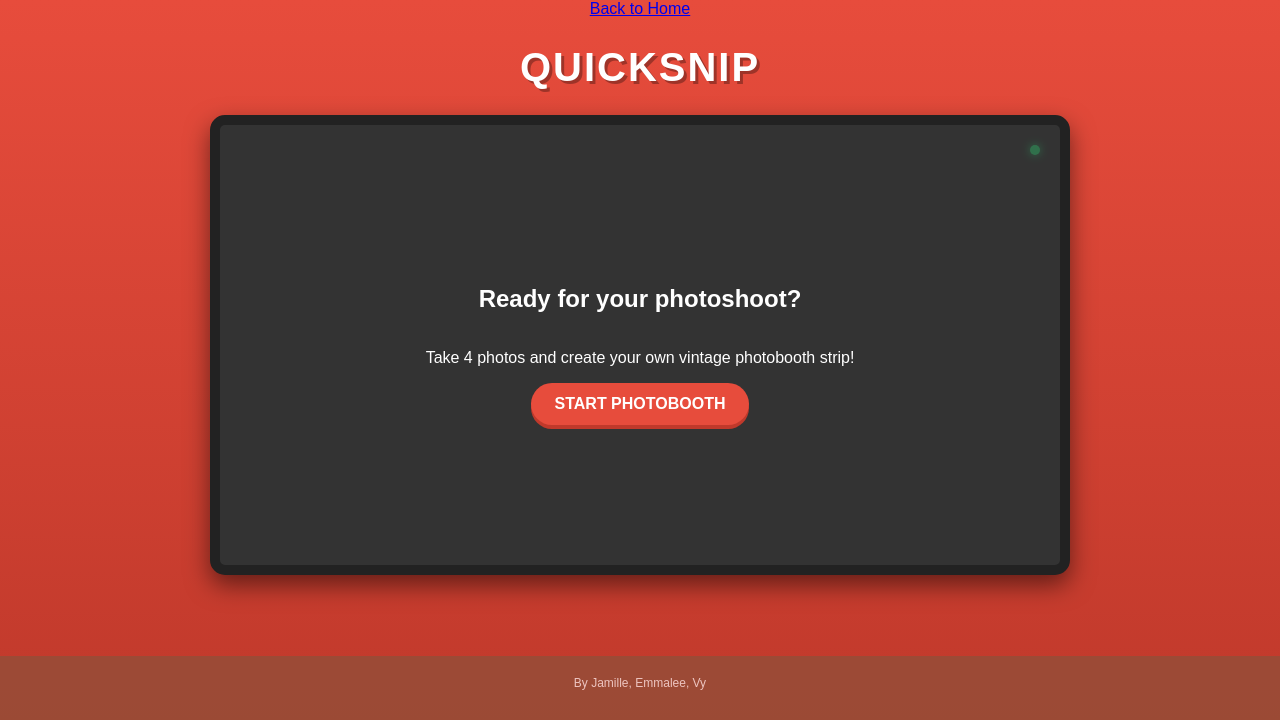
Repository: Strawb3rryjam/QuickSnip
Page: photobooth.html
These files come from the project's save history. The page is drawn as it stood at one moment and after the next save; the edit follows.
The browser window is 1280 px wide. The pictures show the whole page.
Some web fonts or font styles are not loaded; a fallback is used.

Above is the page before, as saved 2025-05-08 15:44:36.

After the next save:
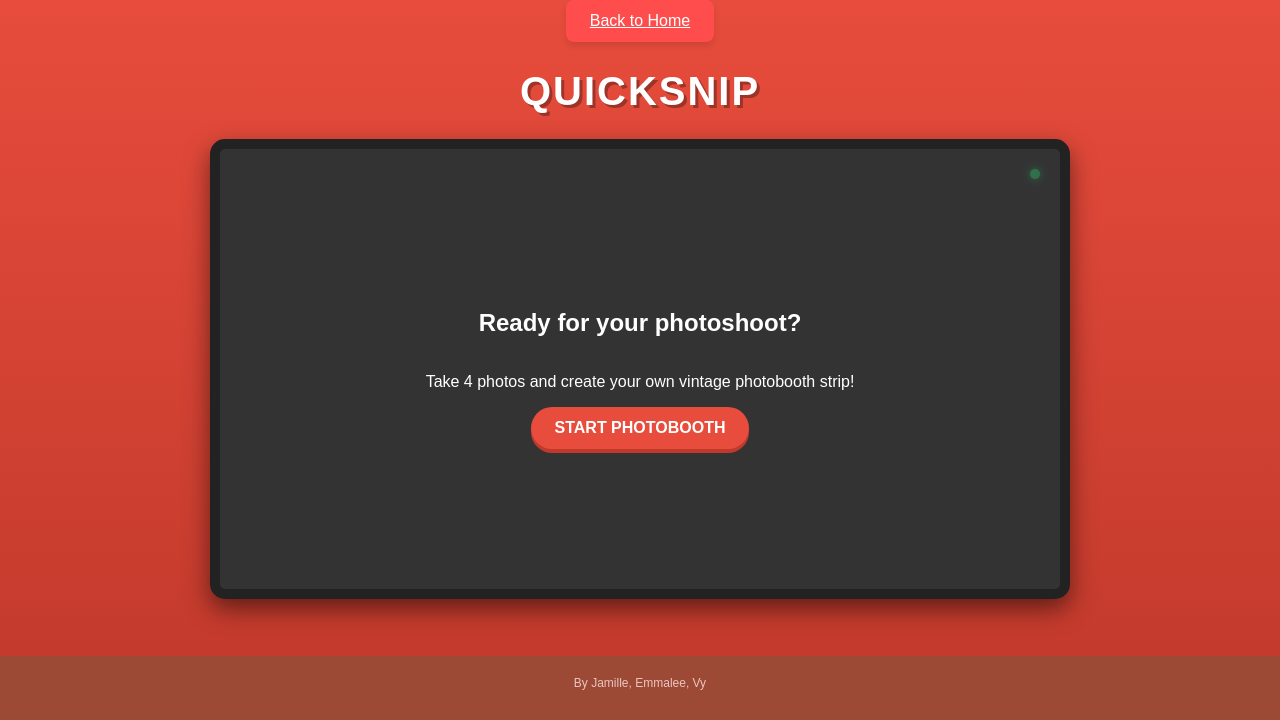
Saved 30 s later.
--- a/styles.css
+++ b/styles.css
@@ -60,6 +60,21 @@
 }
 
 
+#home {
+  background-color: #ff4d4d;
+  color: white;
+  border: none;
+  padding: 12px 24px;
+  border-radius: 8px;
+  font-size: 16px;
+  cursor: pointer;
+  transition: background-color 0.3s ease;
+  box-shadow: 0 4px 6px rgba(0, 0, 0, 0.1);
+}
+
+#home:hover {
+  background-color: #e60000;
+}
 
 
 

After the 4 saves that followed:
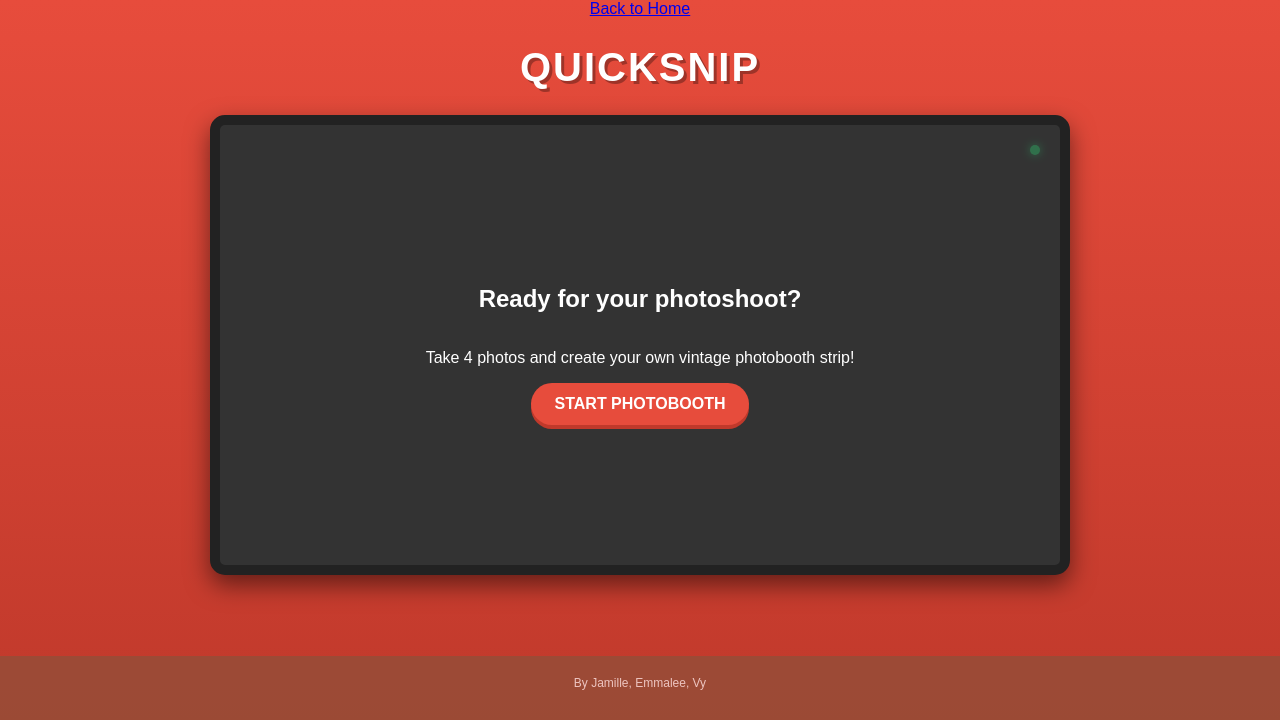
The 4 saves are shown as one change because 2 left the picture as it was and some came seconds apart.
The last was saved 91 s later.
--- a/styles.css
+++ b/styles.css
@@ -61,15 +61,15 @@
 
 
 #home {
-  background-color: #ff4d4d;
-  color: white;
-  border: none;
-  padding: 12px 24px;
-  border-radius: 8px;
-  font-size: 16px;
-  cursor: pointer;
-  transition: background-color 0.3s ease;
-  box-shadow: 0 4px 6px rgba(0, 0, 0, 0.1);
+  #home {
+    font-family: 'Courier New', monospace;
+    background-color: #000;
+    color: #0f0;
+    border: 2px solid #0f0;
+    padding: 10px 20px;
+    text-transform: uppercase;
+  }
+
 }
 
 #home:hover {
@@ -309,7 +309,7 @@
   bottom: 0;
   left: 0;
   width: 100%;
-  margin-top: 0; /* Remove margin-top */
+  margin-top: 100px; /* Remove margin-top */
   font-size: 12px;
   opacity: 0.7;
   text-align: center; /* Center the text */
